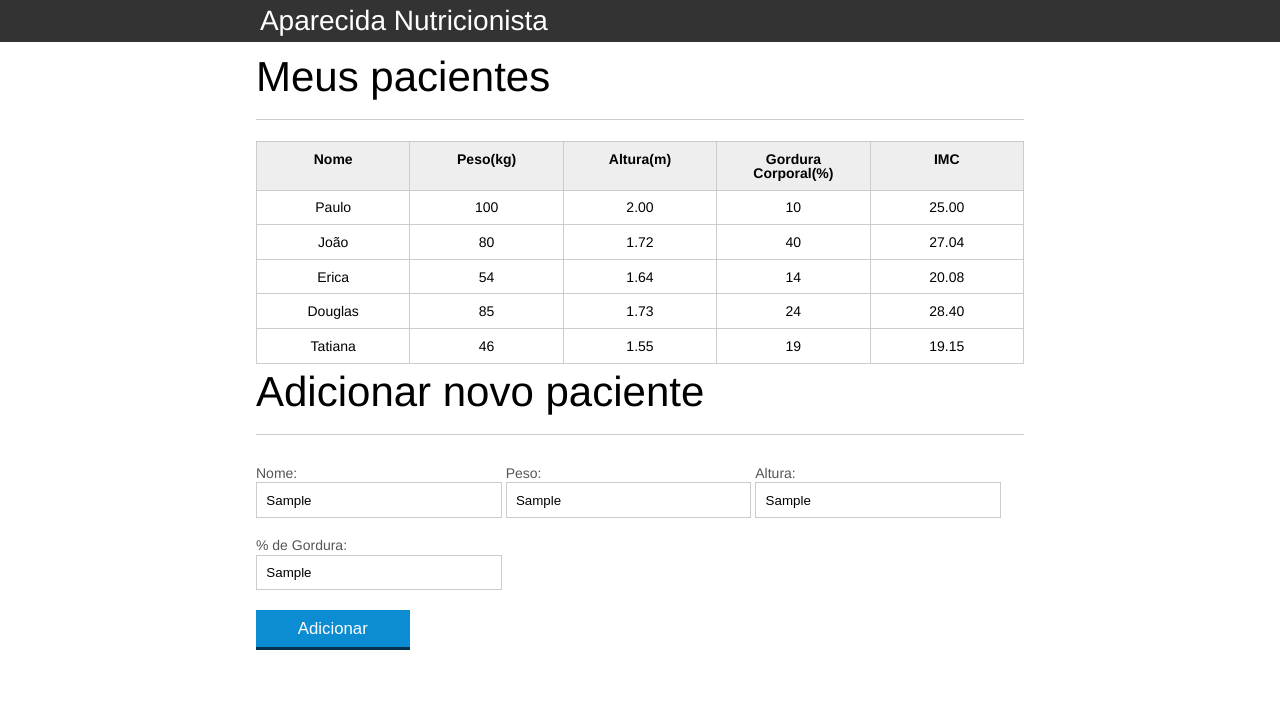
Repository: GabbLps/Controle-de-Clientes-Alura
Page: index.html
The author's editor kept a copy of each file at every save. The page is drawn from the files as they stood at one save, then again after the next save.
The browser window is 1280 px wide. The pictures show the whole page.
Empty fields were first filled with sample values (such as "Sample", 5 or name@example.com).
After loading, the first visible `#adicionar-paciente` was clicked once.

Above is the page before, as saved 2022-05-12 17:53:23.

After the next save:
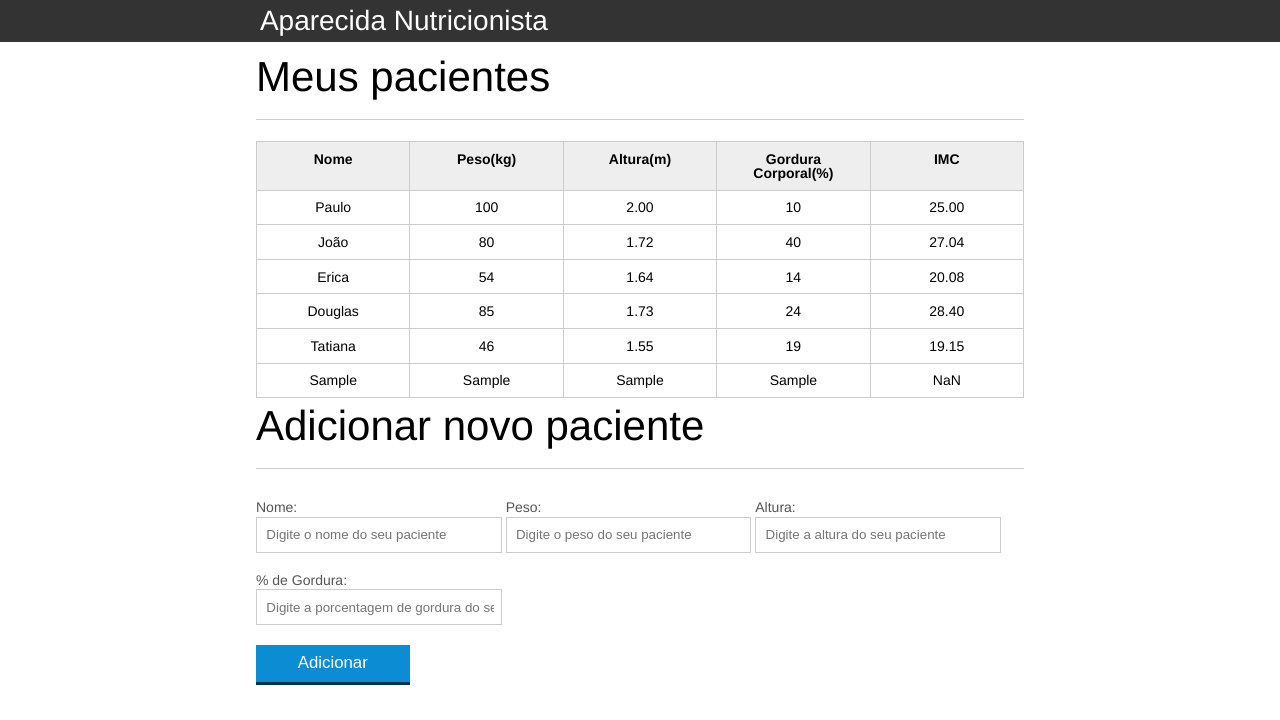
Saved 93 s later.
--- a/js/form.js
+++ b/js/form.js
@@ -7,7 +7,7 @@
 
     var pacienteTr = montaTr(paciente);
 
-    var erro = validaPaciente(paciente)
+    var erro = validaPaciente(paciente);
 
     if(!validaPaciente(paciente)){
         console.log("Paciente inválido!");
@@ -57,6 +57,6 @@
     if(validaPeso(paciente.peso)){
         return true;
     }else{
-        return false;
+        return "O peso é inválido!";
     }
 }

After the 2 saves that followed:
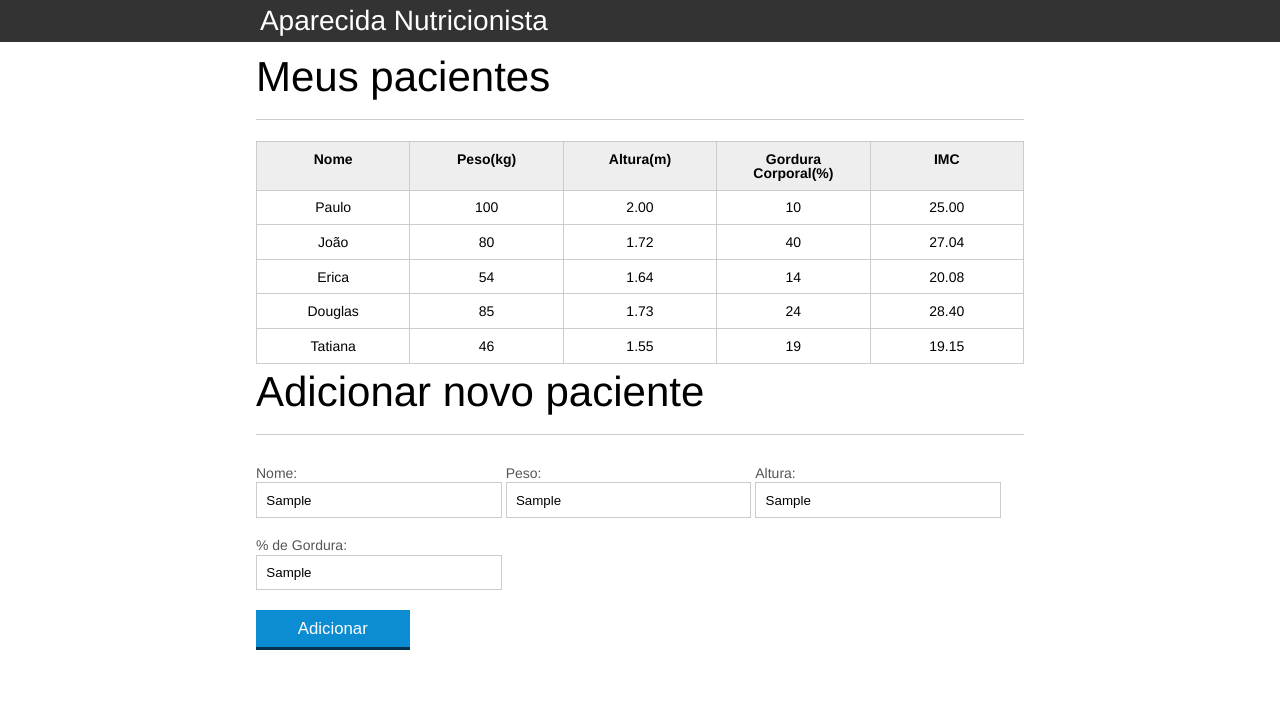
The 2 saves are shown as one change because 1 left the picture as it was.
The last was saved 109 s later.
--- a/js/form.js
+++ b/js/form.js
@@ -9,7 +9,7 @@
 
     var erro = validaPaciente(paciente);
 
-    if(!validaPaciente(paciente)){
+    if(erro.length > 0){
         console.log("Paciente inválido!");
         return;
     }
@@ -55,7 +55,7 @@
 
 function validaPaciente(paciente) {
     if(validaPeso(paciente.peso)){
-        return true;
+        return "";
     }else{
         return "O peso é inválido!";
     }
